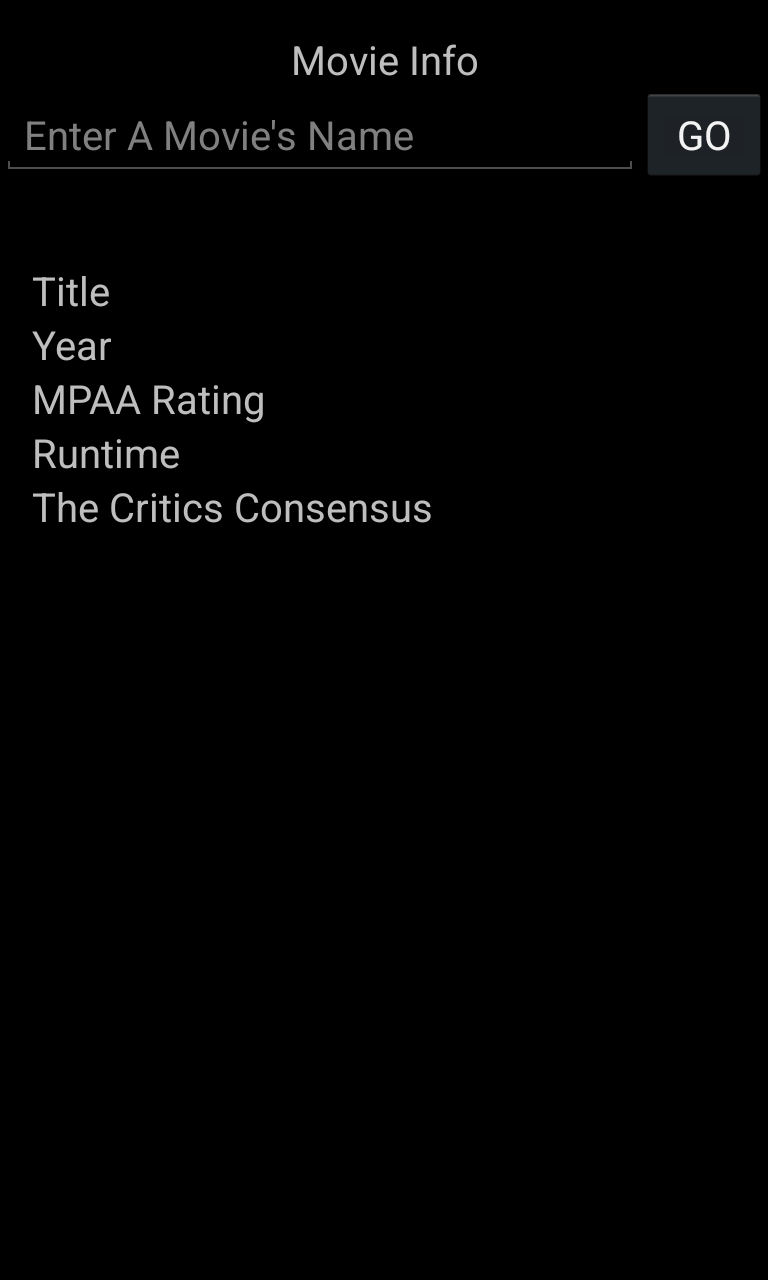
Repository: brandonfyia/Android
Layout: Java2/res/layout/main.xml
An editor plug-in stored every save of this project. The layout is shown before and after the next save, followed by the edit.
It is drawn on a 768 x 1280 px phone screen (xhdpi) without system bars, with theme AppTheme; the app's code is not run.

Above is the layout before, as saved 2013-06-12 01:56:04.

### Java2/res/layout/main.xml
<?xml version="1.0" encoding="utf-8"?>
<LinearLayout
    xmlns:android="http://schemas.android.com/apk/res/android"
    xmlns:tools="http://schemas.android.com/tools"
    android:id="@+id/mainLayout"
    android:layout_width="match_parent"
    android:layout_height="match_parent"
    android:orientation="vertical"
    android:paddingTop="@dimen/activity_horizontal_margin" >

    <TextView
        android:id="@+id/header"
        android:layout_width="match_parent"
        android:layout_height="wrap_content"
        android:text="@string/app_title"
        android:gravity="center"/>

    <LinearLayout
        android:layout_width="match_parent"
        android:layout_height="wrap_content"
        android:orientation="horizontal" >

        <EditText
            android:id="@+id/searchField"
            android:layout_width="0dip"
            android:layout_height="wrap_content"
            android:layout_weight="1"
            android:hint="@string/hint" />

        <Button
            android:id="@+id/searchButton"
            android:layout_width="wrap_content"
            android:layout_height="wrap_content"
            android:text="@string/go" />
    </LinearLayout>

    <TextView
        android:id="@+id/resultsText"
        android:layout_width="match_parent"
        android:layout_height="wrap_content"
        style="@style/BigCenteredText"/>

    <GridLayout
        android:layout_width="match_parent"
        android:layout_height="wrap_content"
        android:columnCount="2" >

        <TextView
            android:text="@string/title"
            style="@style/GridText"/>
        <TextView
            android:id="@+id/titleTV"
            style="@style/GridText"/>
        <TextView
            android:text="@string/year"
            style="@style/GridText"/>
        <TextView
            android:id="@+id/yearTV"
            style="@style/GridText"/>
        <TextView
            android:text="@string/mpaa_rating"
            style="@style/GridText"/>
        <TextView
            android:id="@+id/mpaaTV"
            style="@style/GridText"/>

        <TextView
            style="@style/GridText"
            android:layout_width="match_parent"
            android:text="@string/runtime" />

        <TextView
            android:id="@+id/runtimeTV"
            style="@style/GridText"/>

        <TextView
            style="@style/GridText"
            android:text="@string/critics_consensus" />

        <TextView
            android:id="@+id/criticsTV"
            style="@style/GridText"/>
    </GridLayout>

</LinearLayout>

### Java2/res/values/styles.xml
<resources xmlns:android="http://schemas.android.com/apk/res/android" xmlns:tools="http://schemas.android.com/tools">

    <style name="AppTheme" parent="android:Theme.Holo">
        <item name="android:textSize" tools:ignore="SpUsage">20dip</item>
        </style>

    <style name="BigCenteredText">
        <item name="android:textStyle">normal</item>
        <item name="android:textSize" tools:ignore="SpUsage">30dip</item>
        <item name="android:gravity">center</item>
    </style>

    <style name="GridText">
        <item name="android:paddingLeft">16dip</item>
        <item name="android:layout_width=">140dip</item>
    </style>

</resources>

### Java2/res/values/strings.xml
<resources>

    <string name="app_name">Movie Info</string>
    <string name="action_settings">Settings</string>
    <string name="hint">Enter A Movie\'s Name</string>
    <string name="go">GO</string>
    <string name="title_string">Movie Info</string>
    <string name="app_title">Movie Info</string>


    <!-- For @arrays/detailsArray -->
    <string name="see_details">Choose a detail to View</string>
    <string name="title">Title</string>
    <string name="year">Year</string>
    <string name="mpaa_rating">MPAA Rating</string>
    <string name="runtime">Runtime</string>
    <string name="critics_consensus">The Critics Consensus</string>
    <string name="thumbnail">Poster</string>

    <!-- API values -->
    <string name="titleAPI">title</string>
    <string name="yearAPI">year</string>
    <string name="mpaa_ratingAPI">mpaa_rating</string>
    <string name="runtimeAPI">runtime</string>
    <string name="critics_consensusAPI">critics_consensus</string>
    <string name="thumbnailAPI">detailed</string>

</resources>

Loaded but not shown: Java2/res/values/dimens.xml (common file)

After the next save:
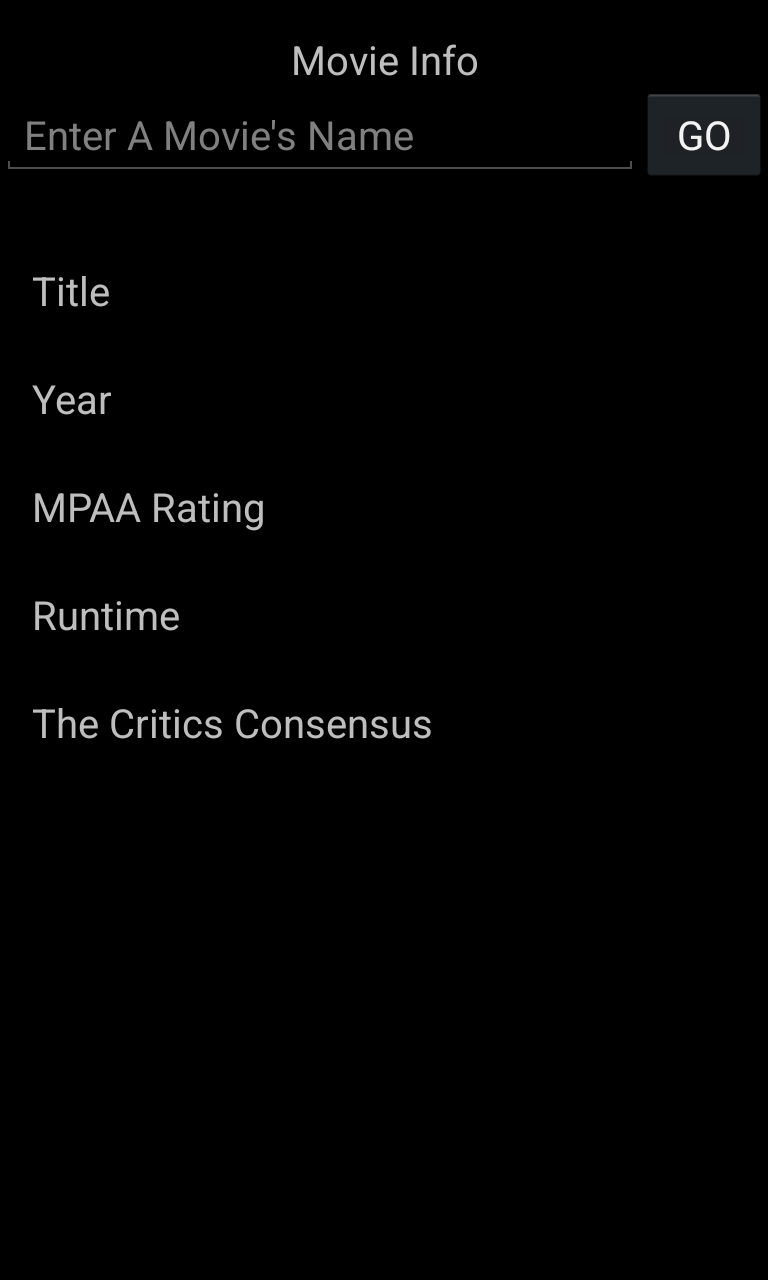
Saved 2 min 48 s later.
--- a/Java2/res/layout/main.xml
+++ b/Java2/res/layout/main.xml
@@ -43,7 +43,8 @@
     <GridLayout
         android:layout_width="match_parent"
         android:layout_height="wrap_content"
-        android:columnCount="2" >
+        android:columnCount="2"
+        android:orientation="vertical" >
 
         <TextView
             android:text="@string/title"
